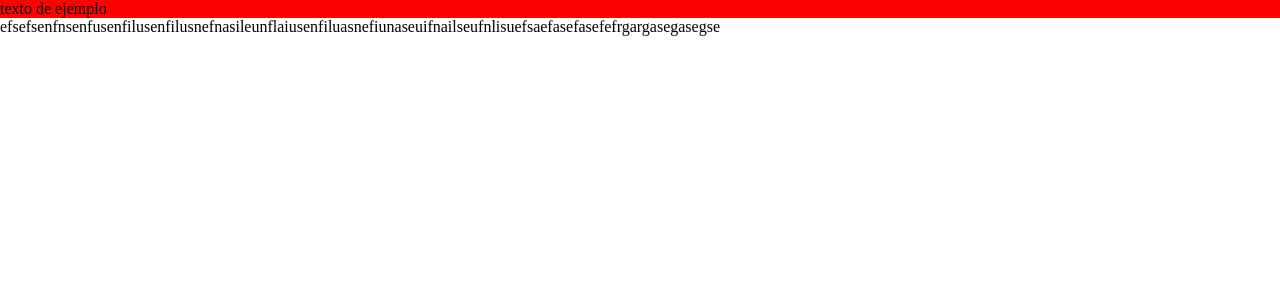
Repository: Daniel009980/daniel0099980
Page: desafio/index.html
The author's editor kept a copy of each file at every save. The page is drawn from the files as they stood at one save, then again after the next save.
The browser window is 1280 px wide. The pictures show the whole page.

Above is the page before, as saved 2022-09-18 23:27:05.

After the next save:
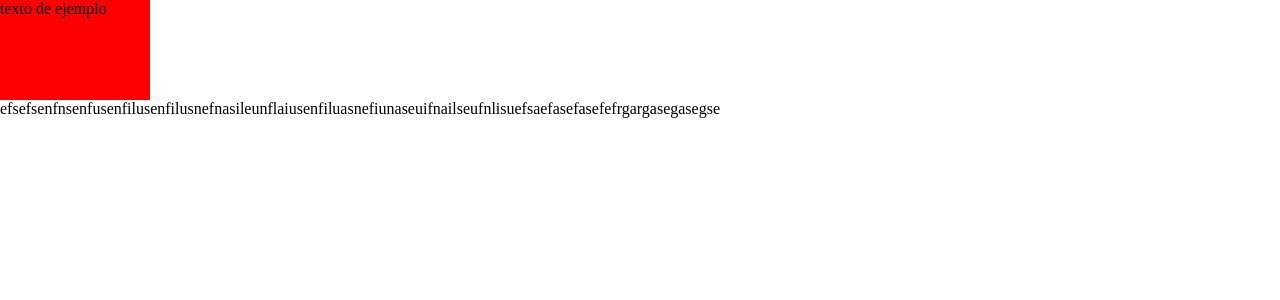
Saved 58 s later.
--- a/desafio/style.css
+++ b/desafio/style.css
@@ -6,5 +6,6 @@
 
 div{
     background-color: red;
-
+    width: 150px;
+    height: 100px;
 }
